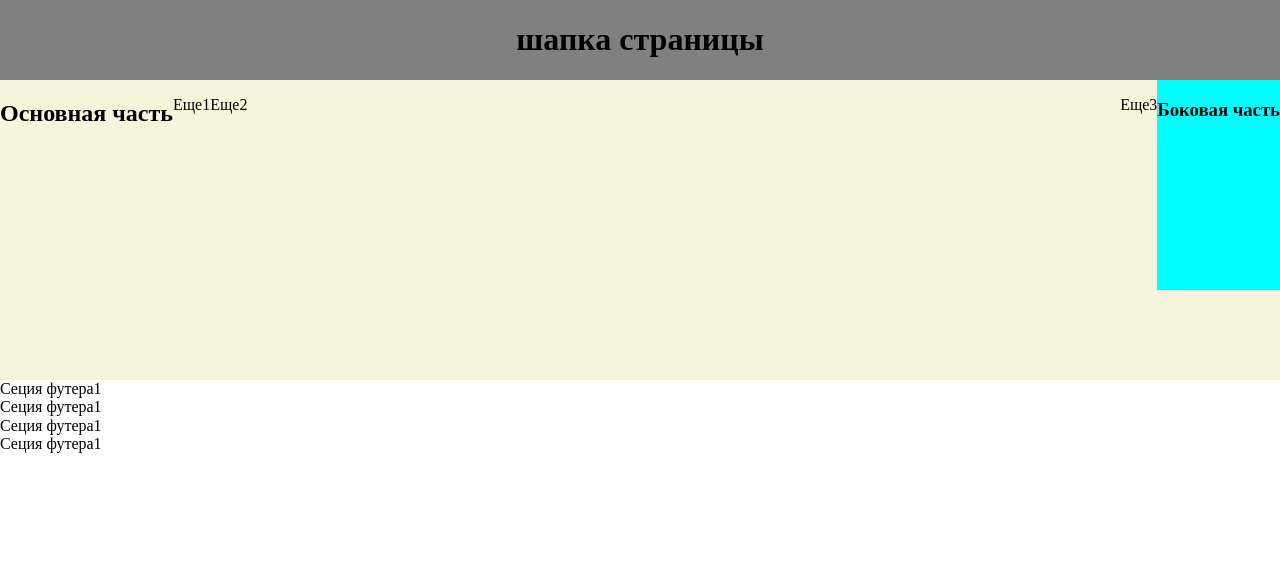
Repository: IrinaGetmanenko/week5
Page: week5/index.html
The author's editor kept a copy of each file at every save. The page is drawn from the files as they stood at one save, then again after the next save.
The browser window is 1280 px wide. The pictures show the whole page.

Above is the page before, as saved 2022-08-27 20:59:32.

After the next save:
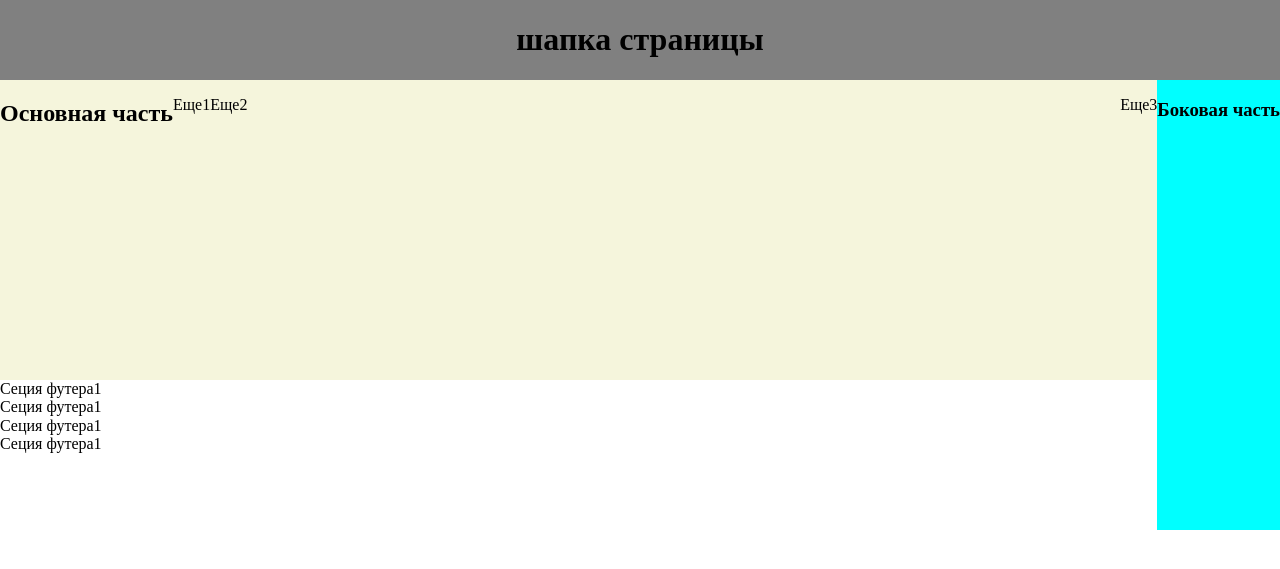
Saved 11 s later.
--- a/week5/index.html
+++ b/week5/index.html
@@ -38,7 +38,7 @@
 .aside{
     display: flex;
     justify-content: flex-end;
-    height: 70%;
+    height: 150%;
     background-color: aqua;
 
 

After the save that followed:
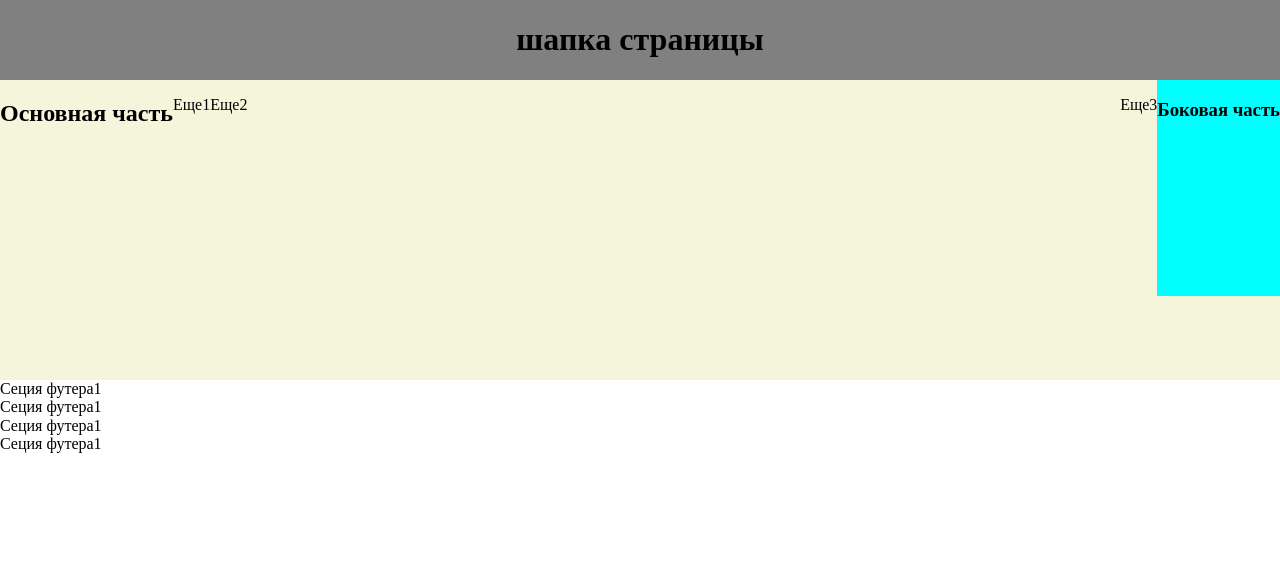
Saved 18 s later.
--- a/week5/index.html
+++ b/week5/index.html
@@ -38,7 +38,7 @@
 .aside{
     display: flex;
     justify-content: flex-end;
-    height: 150%;
+    height: 30vh;
     background-color: aqua;
 
 
